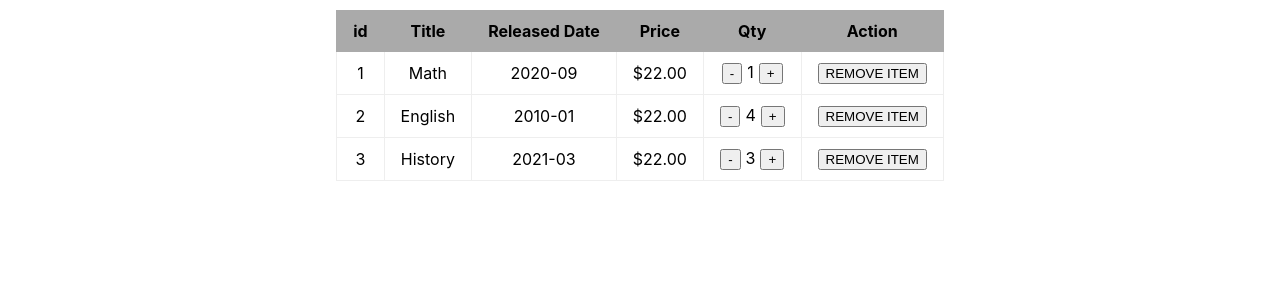
Repository: vgg1kkh/myBookStoreBasket
Page: /
An editor plug-in stored every save of this project. The page is shown before and after a run of saves, followed by the edit.
The browser window is 1280 px wide. The pictures show the whole page.
The project was rebuilt for these pictures with package versions that can differ from the ones it lists, and the page was loaded fresh each time.

Above is the page before, as saved 2021-10-07 16:03:51.

### public/index.html
<!DOCTYPE html>
<html lang="en">
  <head>
    <meta charset="utf-8" />
    <link rel="icon" href="%PUBLIC_URL%/favicon.ico" />
    <meta name="viewport" content="width=device-width, initial-scale=1" />
    <meta name="theme-color" content="#000000" />
    <meta
      name="description"
      content="Web site created using create-react-app"
    />
    <title>React App</title>
  </head>
  <body>
    <noscript>You need to enable JavaScript to run this app.</noscript>
    <div id="root"></div>

  </body>
</html>

### src/App.js
import React, { Component } from "react";
import { formatPrice } from "./format-util";
import "./App.css";

export default class App extends Component {
  constructor() {
    super();
    this.state = {
      bookList: [
        { id: 3, name: "Math", date: "2020-09", price: 22, number: 1 },
        { id: 4, name: "English", date: "2010-01", price: 22, number: 4 },
        { id: 5, name: "History", date: "2021-03", price: 22, number: 3 },
      ],
    };
  }
  render() {
    return (
      <div>
        <table className="table-wrapper">
          <thead>
            <tr>
              <th>id</th>
              <th>Title</th>
              <th>Released Date</th>
              <th>Price</th>
              <th>Qty</th>
              <th>Action</th>
            </tr>
          </thead>
          <tbody>
            {this.state.bookList.map((item,index) => {
              return (
                <tr>
                  <td>{index+1}</td>
                  <td>{item.name}</td>
                  <td>{item.date}</td>
                  <td>{formatPrice(item.price)}</td>
                  <td>
                      <button>-</button>
                      <span className="book-qty">{item.number}</span>
                      <button>+</button>
                  </td>
                  <td>
                    <button>REMOVE ITEM</button>
                  </td>
                </tr>
              );
            })}
          </tbody>
        </table>
      </div>
    );
  }
}

### src/format-util.js
export function formatPrice(price){
    if(typeof price !== Number)
    return ("$"+price.toFixed(2))
}

### src/App.css
.table-wrapper {
    margin: 10px auto;
    border: 1px solid #eee;
    border-collapse: collapse;
    text-align: center;
}

th,td {
    border: 1px solid #eee;
    padding: 10px 16px;
    /* border-collapse: collapse; */
}

th {
    background-color: #aaa;
    border-color: #aaa
}

.book-qty {
    margin: 0 5px;
}

Loaded but not shown: src/index.js (common file); src/index.css (common file)

After the next 3 saves:
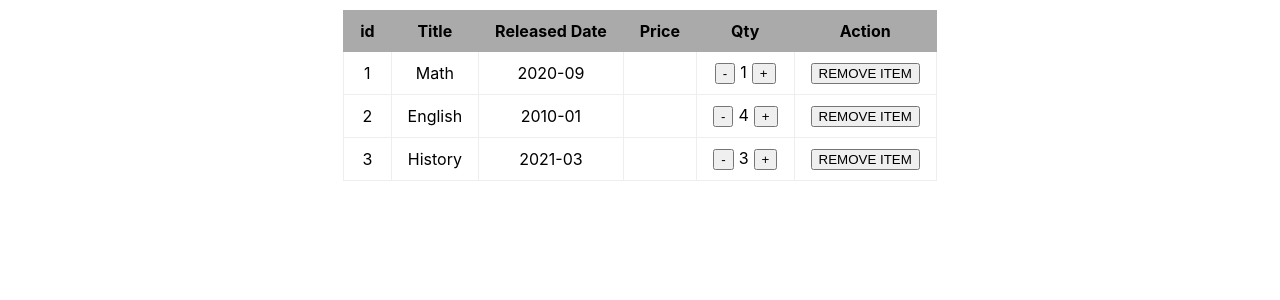
The 3 saves are shown as one change because they came seconds apart.
The last was saved 18 s later.
--- a/src/format-util.js
+++ b/src/format-util.js
@@ -1,4 +1,4 @@
 export function formatPrice(price){
-    if(typeof price !== Number)
+    if(typeof price !== "number")
     return ("$"+price.toFixed(2))
 }

After the save that followed:
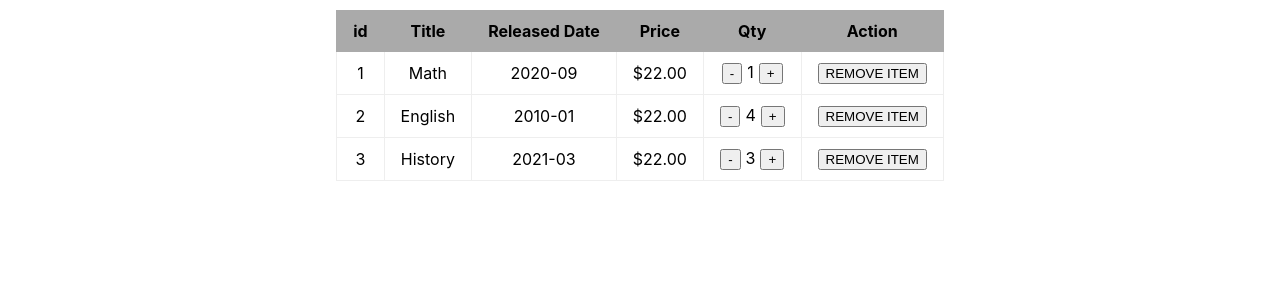
Saved 9 s later.
--- a/src/format-util.js
+++ b/src/format-util.js
@@ -1,4 +1,6 @@
 export function formatPrice(price){
-    if(typeof price !== "number")
+    if(typeof price !== "number"){
+
+    }
     return ("$"+price.toFixed(2))
 }
